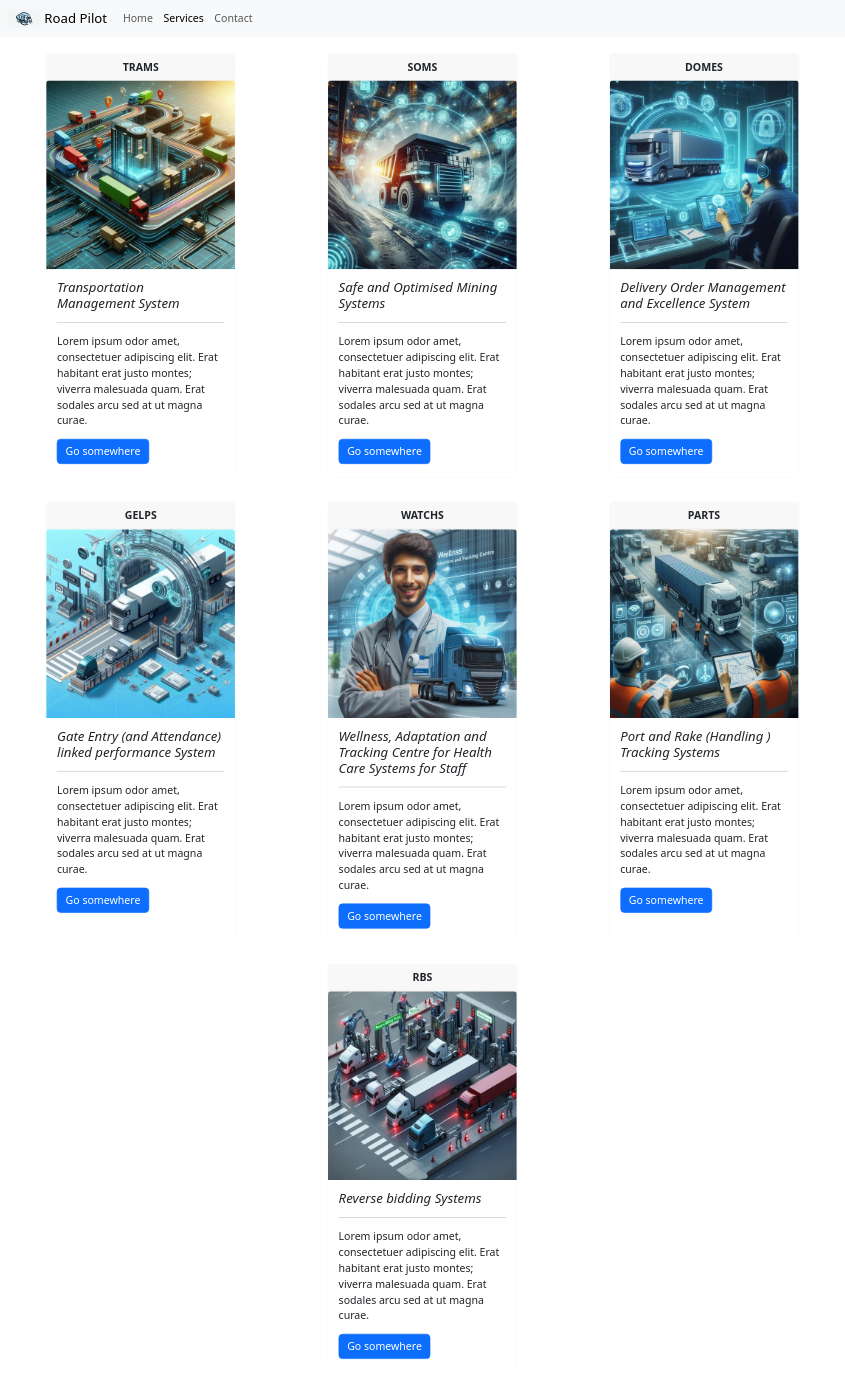
Repository: VictoriousMango/WebCreator
Page: pages/Services.html
An editor plug-in stored every save of this project. The page is shown before and after a run of saves, followed by the edit.
The browser window is 1280 px wide. The pictures show the whole page, at 66% of full size.

Above is the page before, as saved 2024-11-09 12:20:46.

### pages/Services.html
<!DOCTYPE html>
<html lang="en">

<head>
    <meta charset="UTF-8">
    <meta name="viewport" content="width=device-width, initial-scale=1.0">
    <title>Web Creator</title>
    <link href="https://cdn.jsdelivr.net/npm/bootstrap@5.3.3/dist/css/bootstrap.min.css" rel="stylesheet"
        integrity="sha384-QWTKZyjpPEjISv5WaRU9OFeRpok6YctnYmDr5pNlyT2bRjXh0JMhjY6hW+ALEwIH" crossorigin="anonymous">
    <link rel="stylesheet" href="../assets/css/services.css">
</head>

<body>
    <!-- Navbar -->
    <nav class="navbar navbar-expand-lg bg-body-tertiary">
        <div class="container-fluid">
            <a class="navbar-brand" href="#">
                <img src="../assets/images/Logo.png" alt="Logo" width="50px" class="d-inline-block align-text-top">
                Road Pilot
            </a>
            <button class="navbar-toggler" type="button" data-bs-toggle="collapse" data-bs-target="#navbarNav"
                aria-controls="navbarNav" aria-expanded="false" aria-label="Toggle navigation">
                <span class="navbar-toggler-icon"></span>
            </button>
            <div class="collapse navbar-collapse" id="navbarNav">
                <ul class="navbar-nav">
                    <li class="nav-item">
                        <a class="nav-link" href="../">Home</a>
                    </li>
                    <li class="nav-item">
                        <a class="nav-link active" aria-current="page" href="#">Services</a>
                    </li>
                    <li class="nav-item">
                        <a class="nav-link" href="./contact.html">Contact</a>
                    </li>
                </ul>
            </div>
        </div>
    </nav>
    <!-- NavBar -->
    <!-- Solutions/Softwares we may provide
            *Transportation Management System (TRAMS)
            *Safe and Optimised Mining Systems (SOMS)
            *Delivery Order Management and Excellence System (DOMES)
            *Gate Entry (and Attendance) linked performance System (GELPS)
            *Wellness ,Adaptation and Tracking Centre for Health Care Systems for Staff(WATCHS)
            *Port and Rake (Handling ) Tracking Systems(PARTS)
            *Reverse bidding Systems
    -->
    <div class="services">
        <!-- TRAMS -->
        <div class="card border-light" style="width: 18rem;">
            <div class="card-header">
                <b>TRAMS</b>
            </div>
            <img src="../assets/images/TRAMS.png" class="card-img-top" alt="...">
            <div class="card-body">
                <h5 class="card-title"><i>Transportation Management System</i></h5>
                <hr>
                <p class="card-text">Lorem ipsum odor amet, consectetuer adipiscing elit. Erat habitant erat justo montes; viverra malesuada quam. Erat sodales arcu sed at ut magna curae.</p>
                <a href="#" class="btn btn-primary">Go somewhere</a>
            </div>
        </div>
        <!-- SOMS -->
        <div class="card border-light mb-3" style="width: 18rem;">
            <div class="card-header">
                <b>SOMS</b>
            </div>
            <img src="../assets/images/SOMS.png" class="card-img-top" alt="...">
            <div class="card-body">
                <h5 class="card-title"><i>Safe and Optimised Mining Systems</i></h5>
                <hr>
                <p class="card-text">Lorem ipsum odor amet, consectetuer adipiscing elit. Erat habitant erat justo montes; viverra malesuada quam. Erat sodales arcu sed at ut magna curae.</p>
                <a href="#" class="btn btn-primary">Go somewhere</a>
            </div>
        </div>
        <!-- DOMES -->
        <div class="card border-light mb-3" style="width: 18rem;">
            <div class="card-header">
                <b>DOMES</b>
            </div>
            <img src="../assets/images/DOMES.png" class="card-img-top" alt="...">
            <div class="card-body">
                <h5 class="card-title"><i>Delivery Order Management and Excellence System</i></h5>
                <hr>
                <p class="card-text">Lorem ipsum odor amet, consectetuer adipiscing elit. Erat habitant erat justo montes; viverra malesuada quam. Erat sodales arcu sed at ut magna curae.</p>
                <a href="#" class="btn btn-primary">Go somewhere</a>
            </div>
        </div>
        <!-- GELPS -->
        <div class="card border-light mb-3" style="width: 18rem;">
            <div class="card-header">
                <b>GELPS</b>
            </div>
            <img src="../assets/images/GELPS.png" class="card-img-top" alt="...">
            <div class="card-body">
                <h5 class="card-title"><i>
                    Gate Entry (and Attendance) linked performance System
                </i></h5>
                <hr>
                <p class="card-text">Lorem ipsum odor amet, consectetuer adipiscing elit. Erat habitant erat justo montes; viverra malesuada quam. Erat sodales arcu sed at ut magna curae.</p>
                <a href="#" class="btn btn-primary">Go somewhere</a>
            </div>
        </div>
        <!-- WATCHS -->
        <div class="card border-light mb-3" style="width: 18rem;">
            <div class="card-header">
                <b>WATCHS</b>
            </div>
            <img src="../assets/images/WATCHS.png" class="card-img-top" alt="...">
            <div class="card-body">
                <h5 class="card-title"><i>Wellness, Adaptation and Tracking Centre for Health Care Systems for Staff</i></h5>
                <hr>
                <p class="card-text">Lorem ipsum odor amet, consectetuer adipiscing elit. Erat habitant erat justo montes; viverra malesuada quam. Erat sodales arcu sed at ut magna curae.</p>
                <a href="#" class="btn btn-primary">Go somewhere</a>
            </div>
        </div>
        <!-- PARTS -->
        <div class="card border-light mb-3" style="width: 18rem;">
            <div class="card-header">
                <b>PARTS</b>
            </div>
            <img src="../assets/images/PARTS.png" class="card-img-top" alt="...">
            <div class="card-body">
                <h5 class="card-title"><i>Port and Rake (Handling ) Tracking Systems</i></h5>
                <hr>
                <p class="card-text">Lorem ipsum odor amet, consectetuer adipiscing elit. Erat habitant erat justo montes; viverra malesuada quam. Erat sodales arcu sed at ut magna curae.</p>
                <a href="#" class="btn btn-primary">Go somewhere</a>
            </div>
        </div>
        <!-- RBS -->
        <div class="card border-light mb-3" style="width: 18rem;">
            <div class="card-header">
                <b>RBS</b>
            </div>
            <img src="../assets/images/RBS.png" class="card-img-top" alt="...">
            <div class="card-body">
                <h5 class="card-title"><i>Reverse bidding Systems</i></h5>
                <hr>
                <p class="card-text">Lorem ipsum odor amet, consectetuer adipiscing elit. Erat habitant erat justo montes; viverra malesuada quam. Erat sodales arcu sed at ut magna curae.</p>
                <a href="#" class="btn btn-primary">Go somewhere</a>
            </div>
        </div>
    </div>


    <!-- Scripts -->
    <script src="https://cdn.jsdelivr.net/npm/bootstrap@5.3.3/dist/js/bootstrap.bundle.min.js"
        integrity="sha384-YvpcrYf0tY3lHB60NNkmXc5s9fDVZLESaAA55NDzOxhy9GkcIdslK1eN7N6jIeHz"
        crossorigin="anonymous"></script>
    <script src="https://cdn.jsdelivr.net/npm/@popperjs/core@2.11.8/dist/umd/popper.min.js"
        integrity="sha384-I7E8VVD/ismYTF4hNIPjVp/Zjvgyol6VFvRkX/vR+Vc4jQkC+hVqc2pM8ODewa9r"
        crossorigin="anonymous"></script>
    <script src="https://cdn.jsdelivr.net/npm/bootstrap@5.3.3/dist/js/bootstrap.min.js"
        integrity="sha384-0pUGZvbkm6XF6gxjEnlmuGrJXVbNuzT9qBBavbLwCsOGabYfZo0T0to5eqruptLy"
        crossorigin="anonymous"></script>
</body>

</html>

### assets/css/services.css
.navbar {
    background-color: rgba(208, 255, 255, 0.8);
    position: fixed; /* Make the navbar fixed */
    top: 0; /* Stick to the top */
    width: 100%; /* Full width */
    z-index: 1000; /* Ensure it stays above other content */
}

.services {
    padding-top: 60px;
    display: flex;
    flex-wrap: wrap;
    justify-content: space-around;
}

.card {
    width: 200px;
    margin: 20px;
}

.card:hover {
    transform: scale(1.05);
    transition: ease-in-out;
    box-shadow: 0 0 20px rgba(0, 217, 255, 0.7); /* Change the color and intensity as needed */
}

.card-header {
    display: flex;
    justify-content: center;
}

After the next 3 saves:
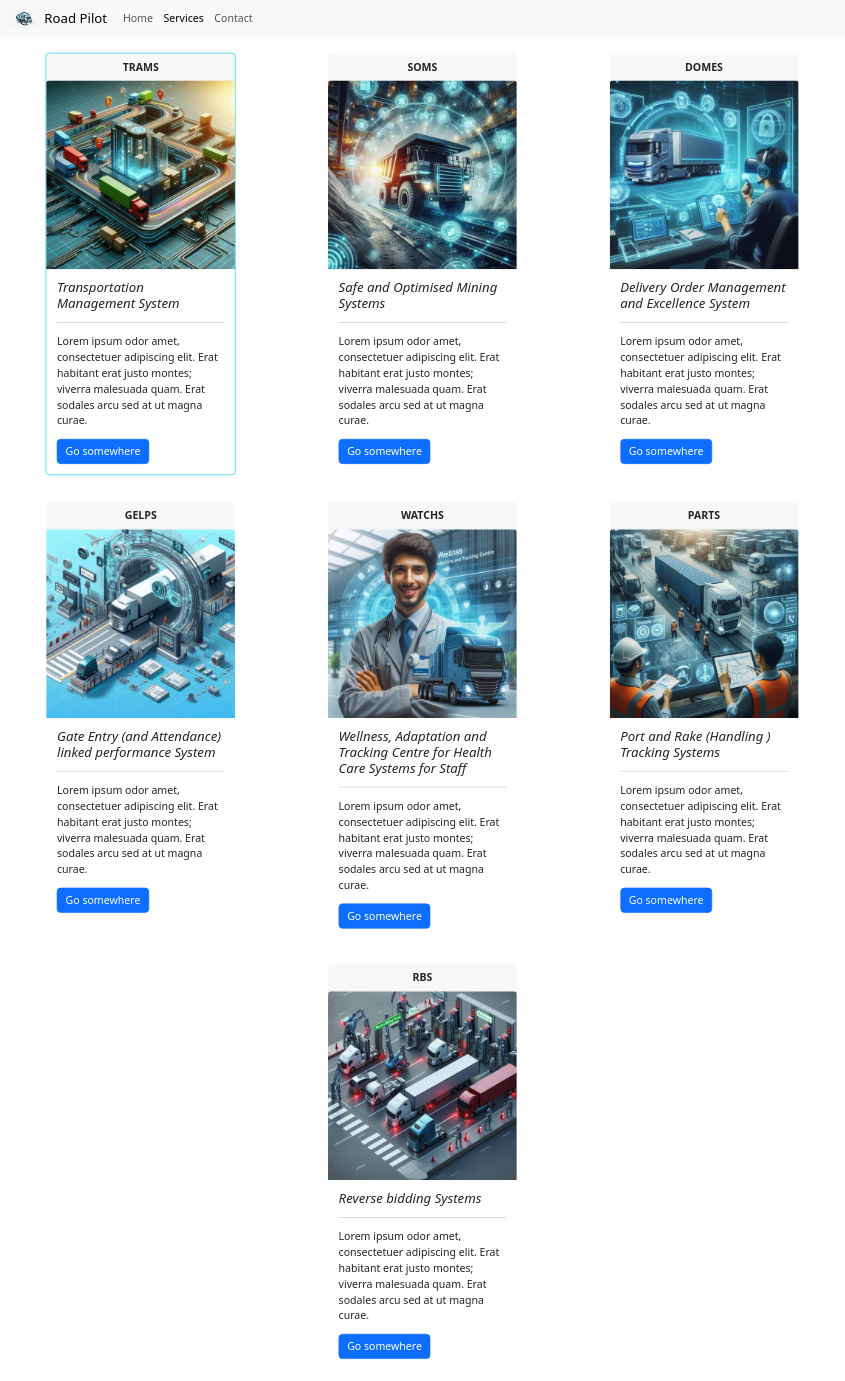
The 3 saves are shown as one change because they came seconds apart.
The last was saved 24 s later.
--- a/pages/Services.html
+++ b/pages/Services.html
@@ -49,7 +49,7 @@
     -->
     <div class="services">
         <!-- TRAMS -->
-        <div class="card border-light" style="width: 18rem;">
+        <div class="card border-info" style="width: 18rem;">
             <div class="card-header">
                 <b>TRAMS</b>
             </div>

After the save that followed:
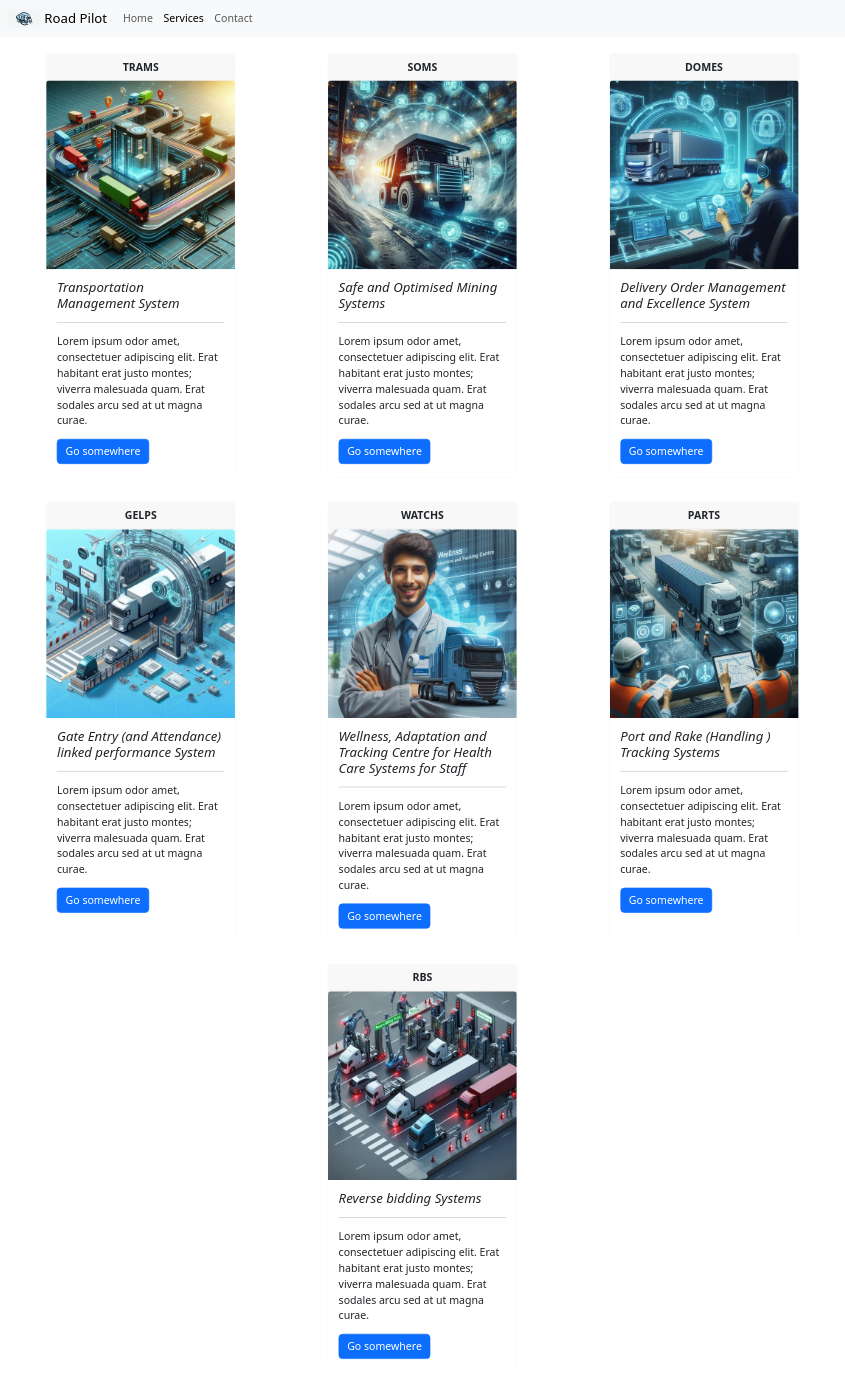
Saved 6 s later.
--- a/pages/Services.html
+++ b/pages/Services.html
@@ -49,7 +49,7 @@
     -->
     <div class="services">
         <!-- TRAMS -->
-        <div class="card border-info" style="width: 18rem;">
+        <div class="card border-light" style="width: 18rem;">
             <div class="card-header">
                 <b>TRAMS</b>
             </div>
